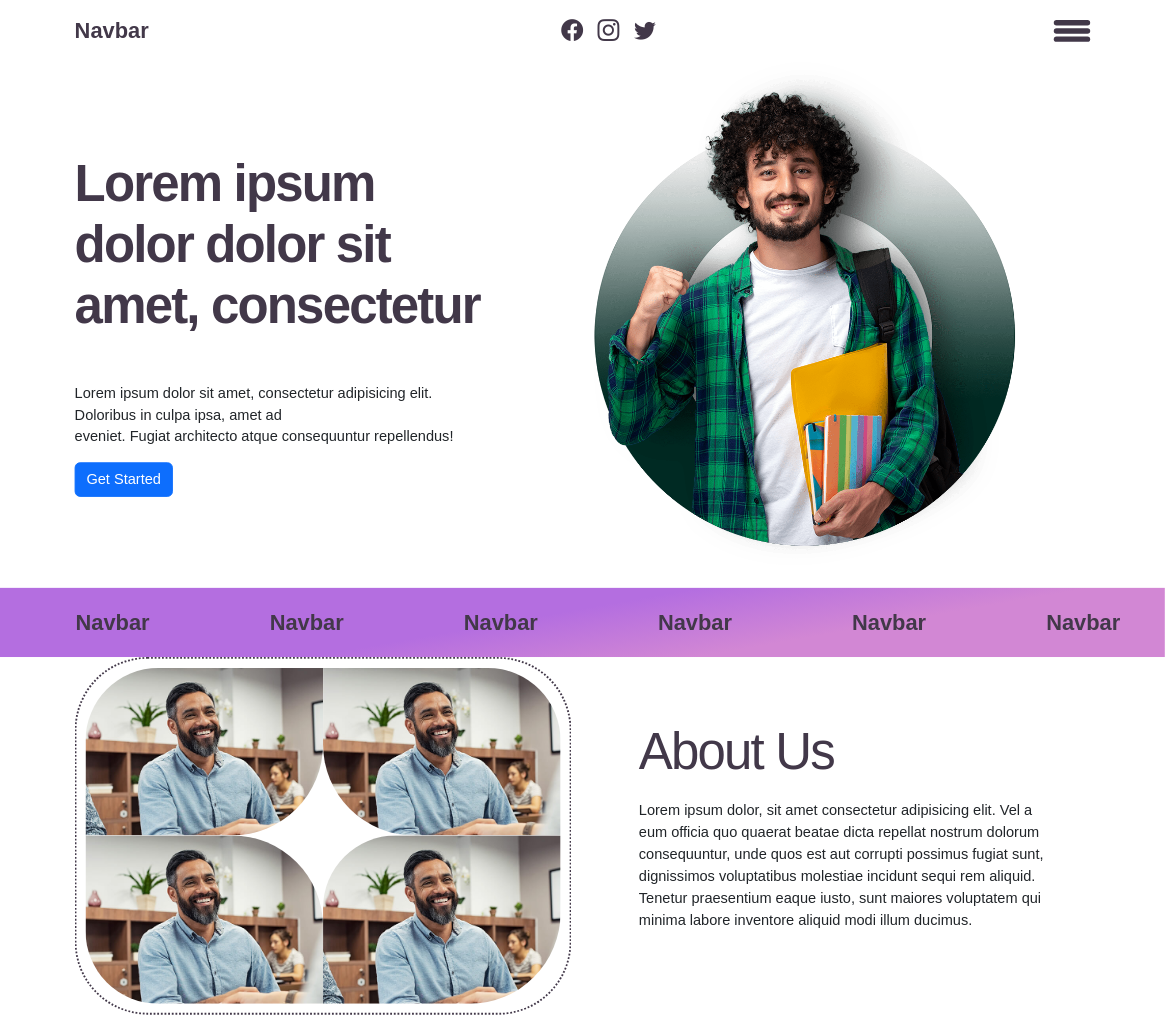
Repository: tagnam/project27012025
Page: index.html
These files come from the project's save history. The page is drawn as it stood at one moment and after a run of saves; the edit follows.
The browser window is 1280 px wide. The pictures show the whole page, at 91% of full size.

Above is the page before, as saved 2025-01-27 16:43:56.

### index.html
<!DOCTYPE html>
<html lang="en">
<head>
    <meta charset="UTF-8">
    <meta name="viewport" content="width=device-width, initial-scale=1.0">
    <link href="https://cdn.jsdelivr.net/npm/bootstrap@5.3.3/dist/css/bootstrap.min.css" rel="stylesheet" integrity="sha384-QWTKZyjpPEjISv5WaRU9OFeRpok6YctnYmDr5pNlyT2bRjXh0JMhjY6hW+ALEwIH" crossorigin="anonymous">
    <link rel="stylesheet" href="style/css/index.css">
    <link rel="stylesheet" href="style/css/animation.css">
    <link rel="stylesheet" href="style/css/responsive.css">
    <title>project27012025</title>
</head>
<body>
<header>
    <!-- --------------------------------------------start nav bar ------------------------------->
    <nav class="navbar navbar-expand-lg custom-nav">
        <div class="container">
          <div class="collapse navbar-collapse justify-content-between" id="navbarSupportedContent">
            <a class="navbar-brand" href="#">Navbar</a>
            <ul class="navbar-nav  ">

              <li class="nav-item">
                <a class="nav-link" href="#"><i class="bi bi-facebook"></i></a>
              </li>
              <li class="nav-item">
                <a class="nav-link" href="#"><i class="bi bi-instagram"></i></a>
              </li>
              <li class="nav-item">
                <a class="nav-link" href="#"><i class="bi bi-twitter"></i></a>
              </li>
            </ul>
            <div class="d-flex">
               <div class="menu-container" type="button" data-bs-toggle="offcanvas" data-bs-target="#offcanvasExample" aria-controls="offcanvasExample">
                <span class="span-menu-01 menu-icon"></span>
                <span class="span-menu-02 menu-icon"></span>
                <span class="span-menu-03 menu-icon"></span>
            </div>
            </div>
          </div>
        </div>
      </nav>

      <!-- ------------------------------start offcanvas ---------------------------------------->
      <div class="offcanvas offcanvas-start " tabindex="-1" id="offcanvasExample" aria-labelledby="offcanvasExampleLabel">
        <div class="offcanvas-header">
          <h5 class="offcanvas-title" id="offcanvasExampleLabel">Offcanvas</h5>
          <button type="button" class="btn-close text-reset" data-bs-dismiss="offcanvas" aria-label="Close"></button>
        </div>
        <div class="offcanvas-body">
          <div>
            Some text as placeholder. In real life you can have the elements you have chosen. Like, text, images, lists, etc.
          </div>
          <div class="dropdown mt-3">
            <button class="btn btn-secondary dropdown-toggle" type="button" id="dropdownMenuButton" data-bs-toggle="dropdown">
              Dropdown button
            </button>
            <ul class="dropdown-menu" aria-labelledby="dropdownMenuButton">
              <li><a class="dropdown-item" href="#">Action</a></li>
              <li><a class="dropdown-item" href="#">Another action</a></li>
              <li><a class="dropdown-item" href="#">Something else here</a></li>
            </ul>
          </div>
        </div>
      </div>
       <!-- -----------------------------end offcanvas ------------------------------------------->
      <!------------------------------------------------ end navbar ----------------------------->


</header>
<section class="hero-section">
    <div  class="container" style="height: 100%;">
        <div class="row" >
            <div class="col-lg-6 col-md-6 col-sm-12">
                <div class="banner-content ">
                    <h1>Lorem ipsum dolor  dolor sit amet, consectetur </h1>
                    <p>Lorem ipsum dolor sit amet, consectetur adipisicing elit. Doloribus in culpa ipsa, amet ad<br> eveniet. Fugiat architecto atque consequuntur repellendus!</p>
                    <button class="btn btn-primary">Get Started</button>
                </div>
            </div>
            <div class="col-lg-6 col-md-6 col-sm-12">
                <div class="banner-img d-flex justify-content-end">
                    <img src="image/hero-banner-01.webp" class="w-100" alt="">

            </div>

        </div>
    </div>
    <!-- <div class="row">
        <div class="col-lg-6 col-md-6 col-sm-12 d-flex justify-content-start">
            <div class="banner-btn">
                <a class="btn custom-btn btn-outline-success"> Get Started </a>
            </div>
        </div>
        <div class="col-lg-6 col-md-6 col-sm-12 d-flex justify-content-end">
             <div class="banner-footer-text">
                <p>Lorem ipsum dolor sit amet <br>consectetur adipisicing elit. Numquam, vel.</p>
             </div>

    </div>
 </div> -->
  </section>


<section class="client-section">
    <div class="container-fluid">
       <div class="row  row-cols-3 row-cols-md-6 g-4">
        <div class="col client-logo">
            <a class="navbar-brand w-25" href="#">Navbar</a>
        </div>
        <div class="col client-logo">
            <a class="navbar-brand w-25" href="#">Navbar</a>
        </div>
        <div class="col client-logo">
            <a class="navbar-brand w-25" href="#">Navbar</a>
        </div>
        <div class="col client-logo">
            <a class="navbar-brand w-25" href="#">Navbar</a>
        </div>
        <div class="col client-logo">
            <a class="navbar-brand w-25" href="#">Navbar</a>
        </div>
        <div class="col client-logo">
            <a class="navbar-brand w-25" href="#">Navbar</a>
        </div>

    </div>
    </div>
</section>

<section>
    <div class="container">
        <div class="row">
            <div class="col-lg-6 col-md-6 col-sm-12">
                <div class="about-row row  row-cols-1 row-cols-md-2 g-0">
                    <div class="col">
                        <div class="img">
                            <img src="image/elearning-08.jpg" class="about-row-img-01 w-100" alt="">
                        </div>
                    </div>
                    <div class="col">
                        <div class="img">
                            <img src="image/elearning-08.jpg" class="about-row-img-02 w-100" alt="">
                        </div>
                    </div>
                    <div class="col">
                        <div class="img">
                            <img src="image/elearning-08.jpg" class="about-row-img-03 w-100" alt="">
                        </div>
                    </div>
                    <div class="col">
                        <div class="img">
                            <img src="image/elearning-08.jpg" class="about-row-img-04 w-100" alt="">
                        </div>
                    </div>
                </div>
            </div>
            <div class="col-lg-6 col-md-6 col-sm-12">
                <div class="about-content">
                    <div class="main-heading">
                        <h2>About Us </h2>
                        <p>Lorem ipsum dolor, sit amet consectetur adipisicing elit. Vel a eum officia quo quaerat beatae dicta repellat nostrum dolorum consequuntur, unde quos est aut corrupti possimus fugiat sunt, dignissimos voluptatibus molestiae incidunt sequi rem aliquid. Tenetur praesentium eaque iusto, sunt maiores voluptatem qui minima labore inventore aliquid modi illum ducimus.</p>
                    </div>

                </div>
            </div>

        </div>
    </div>
</section>
<script src="https://cdn.jsdelivr.net/npm/bootstrap@5.3.3/dist/js/bootstrap.bundle.min.js" integrity="sha384-YvpcrYf0tY3lHB60NNkmXc5s9fDVZLESaAA55NDzOxhy9GkcIdslK1eN7N6jIeHz" crossorigin="anonymous"></script>
<script src="style/js/custom.js"></script>
</body>
</html>

### style/css/index.css
@import url("https://cdn.jsdelivr.net/npm/bootstrap-icons@1.11.3/font/bootstrap-icons.min.css");

*{
 margin: 0;
padding: 0;
box-sizing: border-box;
}

:root{
    --dark-color:#423849;
    --semi-dark-color:#b46ee0;
    --light-color:#d287d4;
    --white-color:#fff;
    --main-heading-font-size: 3.5rem;
    --subheading-font-size: 2rem;
    --paragraph-font-size: 1rem;


}

p{

}

body{
    font-family: 'Poppins', sans-serif;


}

/* header{
    position: fixed;
    top: 0;
    z-index: 1000;
width: 100%;
} */

.navbar-brand{
    font-size: 1.5rem;
    font-weight: 800;
    color: var(--dark-color);
}

.menu-icon{
    display: block;
    width: 40px;
    height: 6px;
    background-color: var(--dark-color);
    margin: 3px auto;
    border-radius: 20px;
    cursor: pointer;
}


.nav-link .bi{
    font-size: 1.5rem;
    color: var(--dark-color);
}

.banner-content{
    margin: 100px auto;
    padding-right: 100px;
}

.banner-content h1{
    color: var(--dark-color);
    font-weight: 800;
    /* font-size: 55px; */
    font-size: var(--main-heading-font-size);
    letter-spacing: -2px;
    margin: 50px 0px;
}
/* .hero-section{
   background-image: url(/image/business-banner.jpg);
    background-size: cover;
    background-position: center;
    height: 100vh;
} */

.banner-footer-text p{
    color: var(--dark-color);

}


.client-section{
    background: linear-gradient(-190deg, rgba(180,110,224,1) 45%, rgba(210,135,212,1) 70%);
    padding: 20px 0px;
    overflow: hidden;
}

.client-logo{
    display: flex;
    justify-content: center;
    align-items: center;
    flex-wrap: wrap;
    color: var(--white-color);
}
.about-row {
    border: 2px dotted var(--dark-color);
    padding: 10px;
    border-radius: 80px;
}

.about-row-img-01{
    border-top-left-radius: 80px;
    border-bottom-right-radius: 100px;
}


.about-row-img-02{
    border-top-right-radius: 80px;
    border-bottom-left-radius: 100px;
}

.about-row-img-03{
    border-bottom-left-radius: 80px;
    border-top-right-radius: 100px;
}

.about-row-img-04{
    border-top-left-radius: 80px;
    border-bottom-right-radius: 100px;
}


.about-content{
    padding: 50px;
}

.main-heading h2{
    color: var(--dark-color);
    font-weight: 800;
    /* font-size: 55px; */
    font-size: var(--main-heading-font-size);
    letter-spacing: -2px;
    margin: 20px 0px;
}

.main-heading h2{
    color: var(--dark-color);
    font-weight: 500;

}

Loaded but not shown: style/js/custom.js (no copy from this time; the picture is the same without it); style/css/animation.css (no stored copy; drawn as an empty file); style/css/responsive.css (no stored copy; drawn as an empty file)

After the next 2 saves:
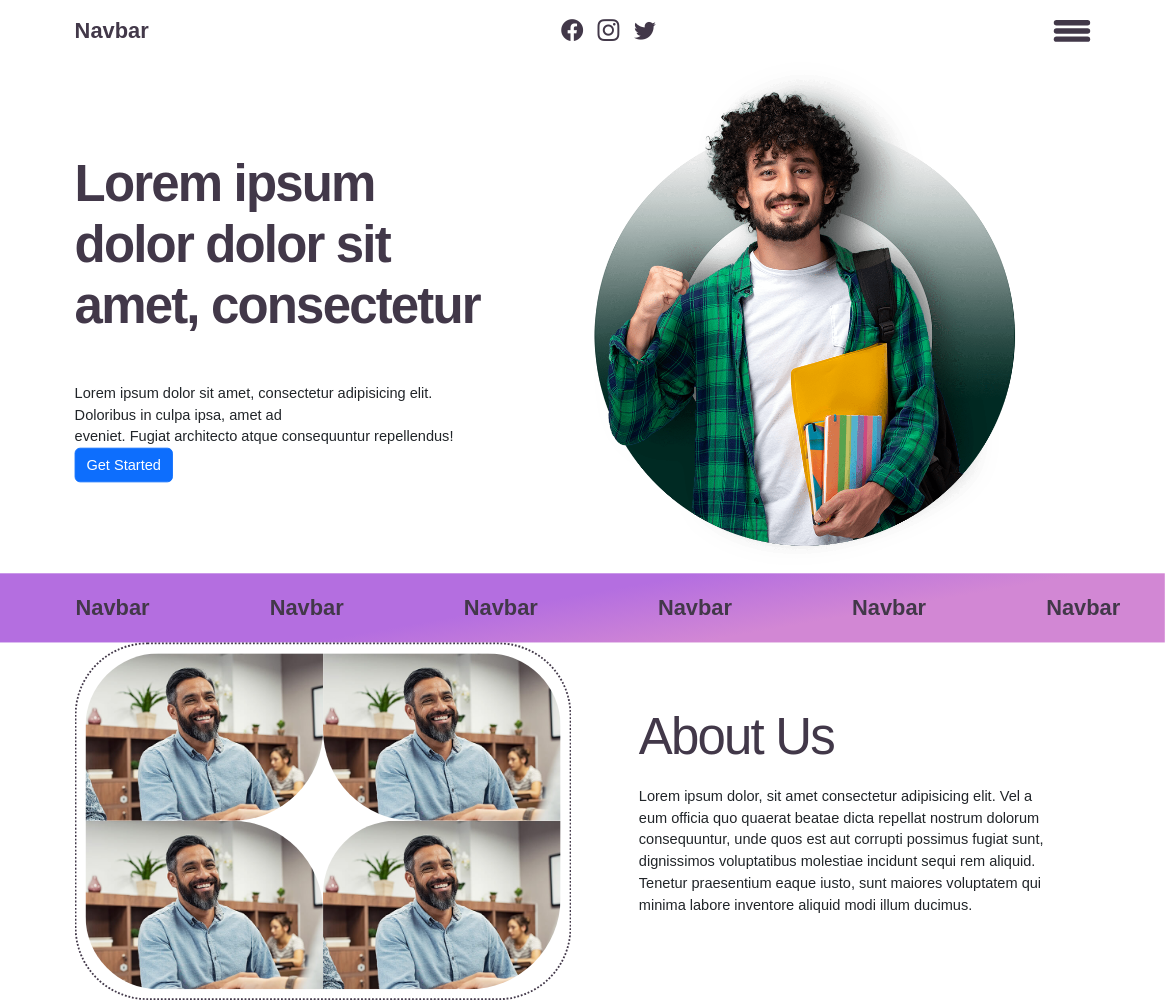
The 2 saves are shown as one change because they came seconds apart.
The last was saved 7 s later.
--- a/style/css/index.css
+++ b/style/css/index.css
@@ -19,7 +19,8 @@ box-sizing: border-box;
 }
 
 p{
-
+    margin: 0;
+    font
 }
 
 body{
